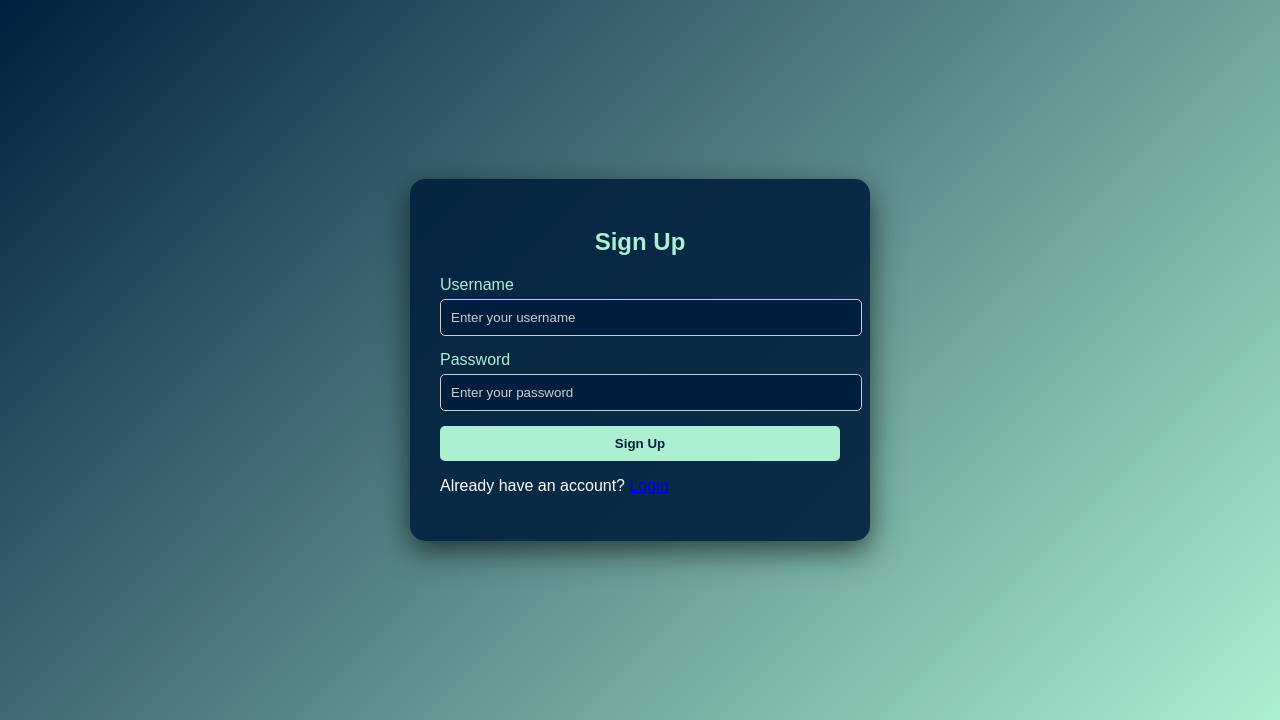
Repository: letscodeshivansh/JWT-authenticated-site
Page: http://localhost/signup
An editor plug-in stored every save of this project. The page is shown before and after the next save, followed by the edit.
The browser window is 1280 px wide. The pictures show the whole page.
The page is served by the project's Node server (src/server.js).

Above is the page before, as saved 2024-12-03 19:09:33.

After the next save:
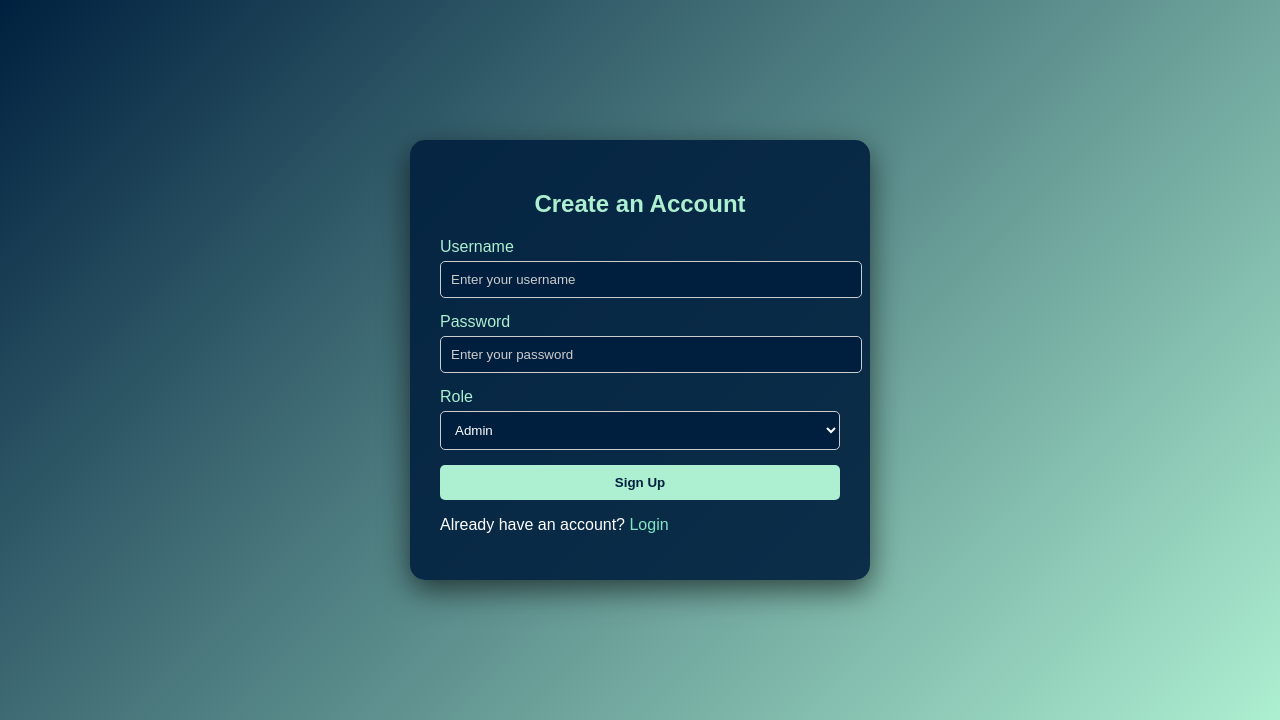
Saved 57 s later.
--- a/templates/signup.ejs
+++ b/templates/signup.ejs
@@ -8,8 +8,8 @@
 </head>
 <body>
   <div class="container">
-    <div class="signup-box">
-      <h2>Sign Up</h2>
+    <div class="auth-box">
+      <h2>Create an Account</h2>
       <% if (typeof error !== 'undefined') { %>
         <p class="error-message"><%= error %></p>
       <% } %>
@@ -22,9 +22,16 @@
           <label for="password">Password</label>
           <input type="password" id="password" name="password" placeholder="Enter your password" required>
         </div>
+        <div class="form-group">
+          <label for="role">Role</label>
+          <select id="role" name="role" required>
+            <option value="admin">Admin</option>
+            <option value="user">User</option>
+          </select>
+        </div>
         <button type="submit" class="btn">Sign Up</button>
       </form>
-      <p>Already have an account? <a href="/login" class="login-link">Login</a></p>
+      <p>Already have an account? <a href="/login" class="auth-link">Login</a></p>
     </div>
   </div>
 </body>
